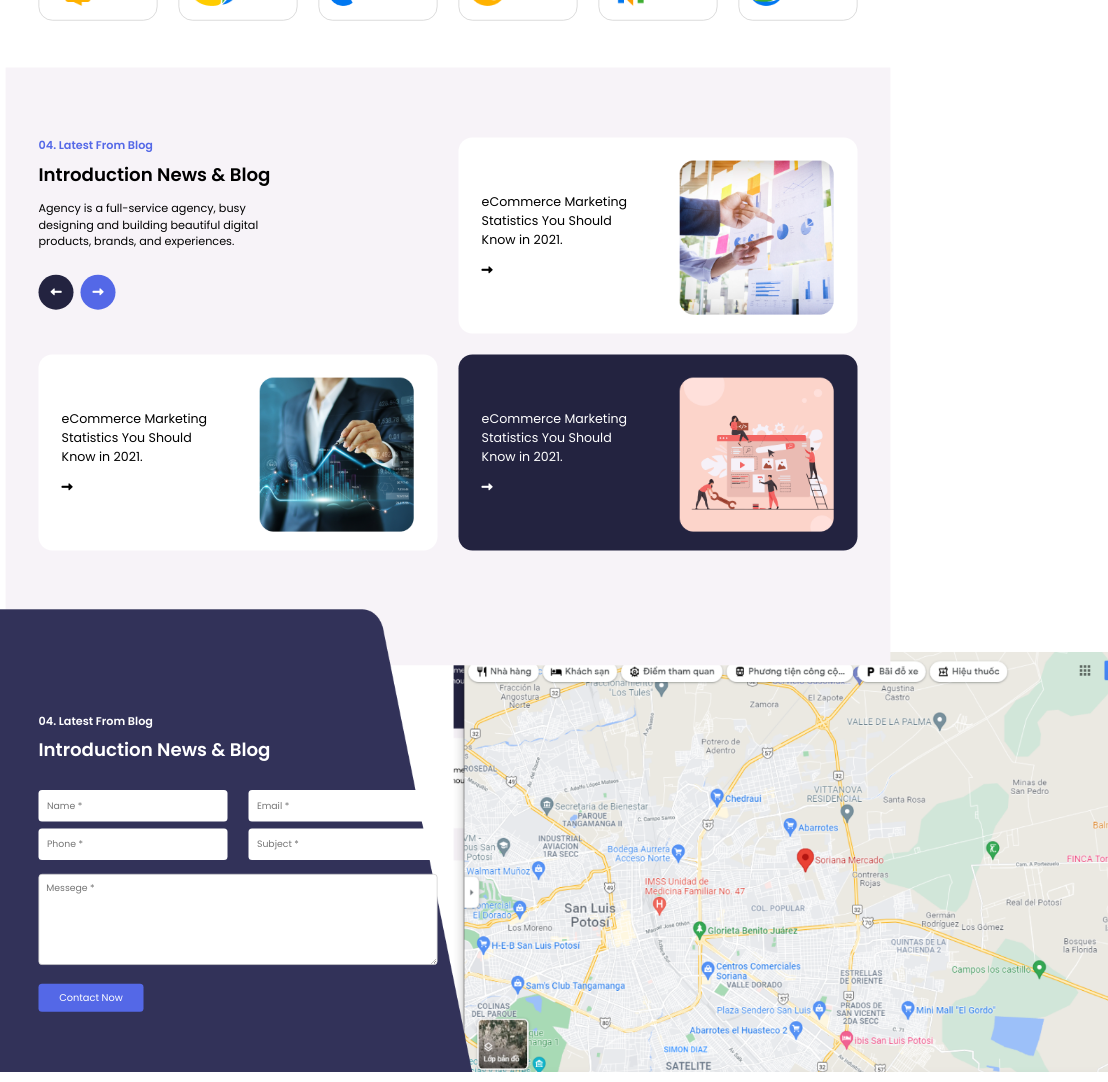
Repository: tranchi0120/LangdingPage-Htmlcss-Ago
Page: index.html
An editor plug-in stored every save of this project. The page is shown before and after the next save, followed by the edit.
The browser window is 1280 px wide. The page is 1583 px wide, so the pictures cover 1583 px, including what lies to the right of the window. The pictures show the part of the page from y = 3399 to 4959 px (the page is 4945 px tall before and 4959 px after), at 70% of full size.
Some web libraries are served in a nearby version. The style sheet was rebuilt from its Sass, Less or Tailwind sources for each picture, by a compiler version that may differ from the author's.

Above is the page before, as saved 2022-07-15 10:29:18.

### index.html
<!DOCTYPE html>
<html lang="en">

<head>
    <meta charset="UTF-8" />
    <meta http-equiv="X-UA-Compatible" content="IE=edge" />
    <meta name="viewport" content="width=device-width, initial-scale=1.0" />
    <title>Ago</title>
    <!-- css -->
    <link rel="stylesheet" href="./css/app.css" />
    <!-- google font  -->
    <link rel="preconnect" href="https://fonts.googleapis.com" />
    <link rel="preconnect" href="https://fonts.gstatic.com" crossorigin />
    <link href="https://fonts.googleapis.com/css2?family=Poppins:wght@400;600&display=swap" rel="stylesheet" />
    <!-- google icon awaresome -->
    <link rel="stylesheet" href="https://cdnjs.cloudflare.com/ajax/libs/font-awesome/6.1.1/css/all.min.css">
    <!-- sass ./sass/app.scss ./css/app.css --watch -->
</head>

<body>
    <header class="header">
        <div class="header-top container">
            <span class="header-top-title">
                Welcome to Ago! Building Creative Business Agency
            </span>
            <div class="header-top-right">
                <div class="header-login">
                    <i class="fa-solid fa-user"></i>
                    <a href="#!" style="color:#666666">Login</a>
                </div>
                <div class="header-nation">
                    <i class="fa-solid fa-globe"></i>
                    <span class="header-language">English</span>
                    <i class="fa-solid fa-angle-down"></i>
                </div>
            </div>
        </div>
        <div class="header-line">
        </div>
        <div class="header-under container">
            <div class="header-under-logo">
                <div class="header-under-image">
                    <img class="header-under-img" src="./images/logo.png" alt="#">
                </div>
                <span class="header-under-name">Ago</span>
            </div>
            <div class="header-menu">
                <ul class="menu">
                    <li class="menu-item">
                        <a href="#" class="menu-link">Home</a>
                    </li>
                    <li class="menu-item">
                        <a href="#" class="menu-link">Features</a>
                        <i class="fa-solid fa-angle-down"></i>
                    </li>
                    <li class="menu-item">
                        <a href="#" class="menu-link">Services</a>
                    </li>
                    <li class="menu-item">
                        <a href="#" class="menu-link">Pages</a>
                    </li>
                    <li class="menu-item">
                        <a href="#" class="menu-link">Blog</a>
                    </li>
                    <li class="menu-item">
                        <a href="#" class="menu-link">Support</a>
                    </li>
                </ul>
                <div class="menu-button">
                    <i class="fa-solid fa-magnifying-glass menu-icon"></i>
                    <div class="button">Contact Us</div>
                </div>
            </div>
        </div>
    </header>
    <main>
        <section class="hero">
            <div class="container">
                <div class="hero-main">
                    <div class="hero-left">
                        <div class="hero-title">
                            Trusted Professional Service.
                        </div>
                        <span class="hero-content">
                            Ago is a full-service agency, busy designing and building beautiful digital products,
                            brands, and
                            experiences.
                        </span>
                        <div class="hero-button">
                            <div class="button">Recent Work</div>
                        </div>
                        <div class="hero-down">
                            <div class="hero-icondown">
                                <i style="color:#ffffff ;" class="fa-solid fa-arrow-down"></i>
                            </div>
                            <p class="hero-scroll">
                                Scroll Down
                            </p>
                        </div>
                    </div>
                    <div class="hero-right">
                        <img src="./images/hero.png" alt="#">
                    </div>
                </div>
            </div>
        </section>
        <section class="about">
            <div class="container">
                <div class="about-main">
                    <div class="about-images">
                        <img src="./images/about1.png" alt="#" class="about-img1">
                        <img src="./images/about2.png" alt="#" class="about-img2">
                        <img src="./images/about3.png" alt="#" class="about-img3">
                    </div>
                    <div class="about-us">
                        <h5 class="about-number">
                            01. About Us
                        </h5>
                        <div class="about-title">
                            We Make Designs that Lead and Inpire.
                        </div>
                        <div class="about-name">
                            A design team building a created
                            marketplace for UI designers.
                        </div>
                        <div class="about-content">
                            2,360 curated design resources to energize your creative workflow. We're a growing family of
                            682,268 designers and makers from around the world
                        </div>
                        <div class="menu-button">
                            <div class="button">Contact Us</div>
                        </div>
                    </div>
                </div>
            </div>
        </section>
        <section class="interactive">
            <div class="container">
                <div class="interactive-main">
                    <h5 class="interactive-number">
                        02. What We Do
                    </h5>
                    <div class="interactive-title">
                        <span class="interactive-name">
                            We Make Designs that Lead and Inpire.
                        </span>
                        <i class="fa-solid fa-left-long interactive-iconleft"></i>
                        <i class="fa-solid fa-right-long"></i>
                    </div>
                    <div class="interactive-group">
                        <div class="interactive-box">
                            <div class="row-circle">
                                <img class="row-img" src="./images/row1.png" alt="#">
                                <h2 class="row-number">
                                    26k
                                </h2>
                                <span class="row-title">
                                    Happy Clients
                                </span>
                            </div>
                            <div class="row-circle2">
                                <img class="row-img" src="./images/row2.png" alt="#">
                                <h2 class="row-number2">
                                    76k
                                </h2>
                                <span class="row-title2">
                                    Project Done
                                </span>
                                <span class="row-content2">
                                    Lorem ipsum dolor sit amet, consectetur adipiscing elit. Mauris sapien egestas augue
                                    enim amet scelerisque.
                                </span>
                            </div>
                            <div class="row-circle">
                                <img class="row-img" src="./images/row3.png" alt="#">
                                <h2 class="row-number">
                                    20k
                                </h2>
                                <span class="row-title">
                                    AWARDS WON
                                </span>
                            </div>
                            <div class="row-circle">
                                <img class="row-img" src="./images/row4.png" alt="#">
                                <h2 class="row-number">
                                    20k
                                </h2>
                                <span class="row-title">
                                    DAILY DATA INPUT
                                </span>
                            </div>
                        </div>
                    </div>
                </div>
            </div>
        </section>
        <section class="service">
            <div class="container">
                <h5 class="service-number">
                    03. Our Services
                </h5>
                <div class="service-title">
                    <span class="service-name">
                        Welcome to Our Professional Service
                    </span>
                </div>
                <div class="service-main">
                    <div class="service-left">
                        <h2 class="service-left-title">
                            Professional Website
                            Design Consulting
                        </h2>
                        <p class="service-left-content">
                            Agency is a full-service agency, busy designing and building beautiful digital products,
                            brands, and experiences.
                        </p>
                        <div class="menu-button">
                            <div class="button">View Detail</div>
                        </div>
                        <div class="service-left-images">
                            <img src="./images/service1.png" alt="#" class="service-left-img">
                            <img src="./images/service2.png" alt="#" class="service-left-img">
                            <img src="./images/service3.png" alt="#" class="service-left-img">
                        </div>
                    </div>
                    <div class="service-right">
                        <img src="./images/service4.png" alt="#" class="service-right-img">
                    </div>
                </div>
                <div class="service-bottom">
                    <div class="service-box">
                        <div class="service-box-imgs">
                            <img src="./images/logo1.png" alt="#" class="service-box-img">
                        </div>
                        <div class="service-box-text">
                            <h2 class="service-box-title">CREATIVE</h2>
                            <p class="service-box-slogan">YOUR SLOGAN HERE</p>
                        </div>
                    </div>
                    <div class="service-box">
                        <div class="service-box-imgs">
                            <img src="./images/logo2.png" alt="#" class="service-box-img">
                        </div>
                        <div class="service-box-text">
                            <h2 class="service-box-title">CREATIVE</h2>
                            <p class="service-box-slogan">YOUR SLOGAN HERE</p>
                        </div>
                    </div>
                    <div class="service-box">
                        <div class="service-box-imgs">
                            <img src="./images/logo3.png" alt="#" class="service-box-img">
                        </div>
                        <div class="service-box-text">
                            <h2 class="service-box-title">COMPANY</h2>
                            <p class="service-box-slogan">YOUR SLOGAN HERE</p>
                        </div>
                    </div>
                    <div class="service-box">
                        <div class="service-box-imgs">
                            <img src="./images/logo4.png" alt="#" class="service-box-img">
                        </div>
                        <div class="service-box-text">
                            <h2 class="service-box-title">CREATIVE</h2>
                            <p class="service-box-slogan">YOUR SLOGAN HERE</p>
                        </div>
                    </div>
                    <div class="service-box">
                        <div class="service-box-imgs">
                            <img src="./images/logo5.png" alt="#" class="service-box-img">
                        </div>
                        <div class="service-box-text">
                            <h2 class="service-box-title">COMPANY</h2>
                            <p class="service-box-slogan">YOUR SLOGAN HERE</p>
                        </div>
                    </div>
                    <div class="service-box">
                        <div class="service-box-imgs">
                            <img src="./images/logo6.png" alt="#" class="service-box-img">
                        </div>
                        <div class="service-box-text">
                            <h2 class="service-box-title">CREATIVE</h2>
                            <p class="service-box-slogan">YOUR SLOGAN HERE</p>
                        </div>
                    </div>
                </div>
            </div>
        </section>
        <section class="latest">
            <div class="container">
                <div class="latest-main">
                    <div class="latest-group">
                        <h5 class="latest-number">
                            04. Latest From Blog
                        </h5>
                        <span class="latest-title">
                            Introduction News & Blog
                        </span>
                        <p class="latest-content">
                            Agency is a full-service agency, busy designing and building beautiful digital products,
                            brands, and experiences.
                        </p>
                        <div class="latest-icon">
                            <div class="latest-icon-left">
                                <i class="fa-solid fa-left-long"></i>
                            </div>
                            <div class="latest-icon-right">
                                <i class="fa-solid fa-right-long"></i>
                            </div>
                        </div>
                    </div>
                    <div class="latest-groups">
                        <div class="latest-box">
                            <p class="latest-text">
                                eCommerce Marketing
                                Statistics You Should
                                Know in 2021.
                            </p>
                            <i class="fa-solid fa-right-long"></i>
                        </div>
                        <div class="latest-image">
                            <img src="./images/latest1.png" alt="#" class="latest-img">
                        </div>
                    </div>
                    <div class="latest-groups">
                        <div class="latest-box">
                            <p class="latest-text">
                                eCommerce Marketing
                                Statistics You Should
                                Know in 2021.
                            </p>
                            <i class="fa-solid fa-right-long"></i>
                        </div>
                        <div class="latest-image">
                            <img src="./images/latest2.png" alt="#" class="latest-img">
                        </div>
                    </div>
                    <div class="latest-groups3">
                        <div class="latest-box3">
                            <p class="latest-text3">
                                eCommerce Marketing
                                Statistics You Should
                                Know in 2021.
                            </p>
                            <i class="fa-solid fa-right-long"></i>
                        </div>
                        <div class="latest-image">
                            <img src="./images/latest3.png" alt="#" class="latest-img">
                        </div>
                    </div>
                </div>
            </div>
        </section>
        <section class="contact">

            <div class="container">
                <img class="contact-background" src="./images/background.png" alt="#">
                <div class="contact-main">
                    <div class="contact-left">
                        <h5 class="contact-left-number">
                            04. Latest From Blog
                        </h5>
                        <span class="contact-left-title">
                            Introduction News & Blog
                        </span>
                        <div class="contact-left-import">
                            <input class="contact-left-input" type="text" placeholder="Name *">
                            <input class="contact-left-input" type="text" placeholder="Email *">
                            <input class="contact-left-input" type="text" placeholder="Phone *">
                            <input class="contact-left-input" type="text" placeholder="Subject *">
                        </div>
                        <textarea class="contact-left-textarea" name="text" id="#" cols="30" rows="10"
                            placeholder="Messege *"></textarea>
                        <div class="menu-button">
                            <div class="button">Contact Now</div>
                        </div>
                    </div>
                    <div class="contact-right">
                        <img class="contact-right-img" src="./images/map.png" alt="#">
                    </div>
                </div>
            </div>
        </section>
    </main>
    <footer>
    </footer>
</body>

</html>

### sass/app.scss
@import "global";
@import "header";
@import "menu";
@import "variable";
@import "hero";
@import "about";
@import "interactive";
@import "row";
@import "service";
@import "latest";
@import "contact";

### sass/_global.scss
.container {
    max-width: 1170px;
    margin: 0 auto;
}
.body {
    background: #ffffff;
}
* {
    box-sizing: border-box;
    font-family: "Poppins", sans-serif;
}
a {
    text-decoration: none;
}
ul {
    list-style-type: none !important;
}
.button {
    border: none;
    padding: auto;
    width: 150px;
    background: #5468e7;
    height: 40px;
    text-align: center;
    justify-content: center;
    padding: 7px;
    border-radius: 5px;
    color: white;
    font-size: 14px;
    line-height: 21px;
    padding: 10px;
}

### sass/_menu.scss
.menu {
    height: 24px;
    width: 550px;
    display: flex;
    justify-content: space-between;
    align-items: center;
    // gap: 40px;
    &-button {
        display: flex;
        gap: 29px;
    }
    &-icon {
        width: 18px;
        display: inline-block;
        padding-top: 15px;
        color: #666666;
    }

    &-link {
        color: #000000;
        font-weight: 400;
        font-size: 16px;
        line-height: 24px;
    }
}

### sass/_variable.scss
$font: "Poppins", sans-serif;
$color1: #232340;
$color2: #323259;
$color-btn: #5468e7;
$black: #222222;
$white: #ffffff;

### sass/_hero.scss
.hero {
    height: 800px;
    margin-top: 55px;
    &-main {
        display: flex;

        align-items: center;
    }
    &-title {
        width: 260px;
        line-height: 60px;
        font-weight: 600;
        font-size: 40px;
        margin-bottom: 23px;
    }
    &-content {
        height: 46px;
        width: 317px;
        font-weight: 400;
        font-size: 16px;
        display: inline-block;
        margin-bottom: 60px;
        margin-right: 147px;
    }
    &-down {
        margin-top: 114px;
        display: flex;
        gap: 9px;
    }
    &-icondown {
        border-radius: 50%;
        width: 45px;
        height: 45px;
        text-align: center;
        padding: 13px;
        background: #c897e4;
    }
}

### sass/_interactive.scss
.interactive {
    background: #f7f3f8;
    height: 752px;
    &-number {
        margin-bottom: 10px;
        margin-top: 100px;
        display: inline-block;
        color: #5468e7;
        font-size: 16px;
        line-height: 24px;
        font-weight: 600;
    }
    &-name {
        display: inline-block;
        line-height: 39px;
        font-size: 26px;
        font-weight: 600;
        margin-bottom: 75px;
    }
    &-iconleft {
        margin-right: 19px;
        margin-left: 594px;
    }
    &-box {
        max-height: 360px;
        background: white;
        display: grid;
        grid-template-columns: repeat(4, 1fr) !important;
        border-radius: 30px;
    }
}

### sass/_contact.scss
.contact {
    &-main {
        display: flex;
        gap: 23px;
    }
    &-background {
        margin-left: -480px;
        margin-top: -80px;
    }
    &-left {
        margin-top: -520px;
        &-number {
            margin-bottom: 10px;
            margin-top: 0;
            font-weight: 600;
            line-height: 24px;
            color: white;
            font-size: 16px;
        }
        &-title {
            display: block;
            font-size: 26px;
            line-height: 39px;
            font-weight: 600;
            margin-bottom: 25px;
            color: white;
            margin-bottom: 37px;
        }
        &-input {
            padding: 12px;
            border-radius: 5px;
            height: 45px;
            width: 270px;
            border: none;
        }
        &-import {
            width: 570px;
            display: grid;
            grid-template-columns: repeat(2, 1fr);
            gap: 10px 30px;
        }
        &-textarea {
            padding: 10px;
            border-radius: 5px;
            border: 1px solid #cccccc;
            height: 130px;
            width: 570px;
            margin-top: 20px;
            margin-bottom: 20px;
        }
    }

    &-right {
        z-index: -1;
        margin-top: -607px;
    }
}

Loaded but not shown: sass/_service.scss (94 lines, source omitted); sass/_latest.scss (87 lines, source omitted); sass/_about.scss (57 lines, source omitted); sass/_row.scss (51 lines, source omitted); sass/_header.scss (47 lines, source omitted)

After the next save:
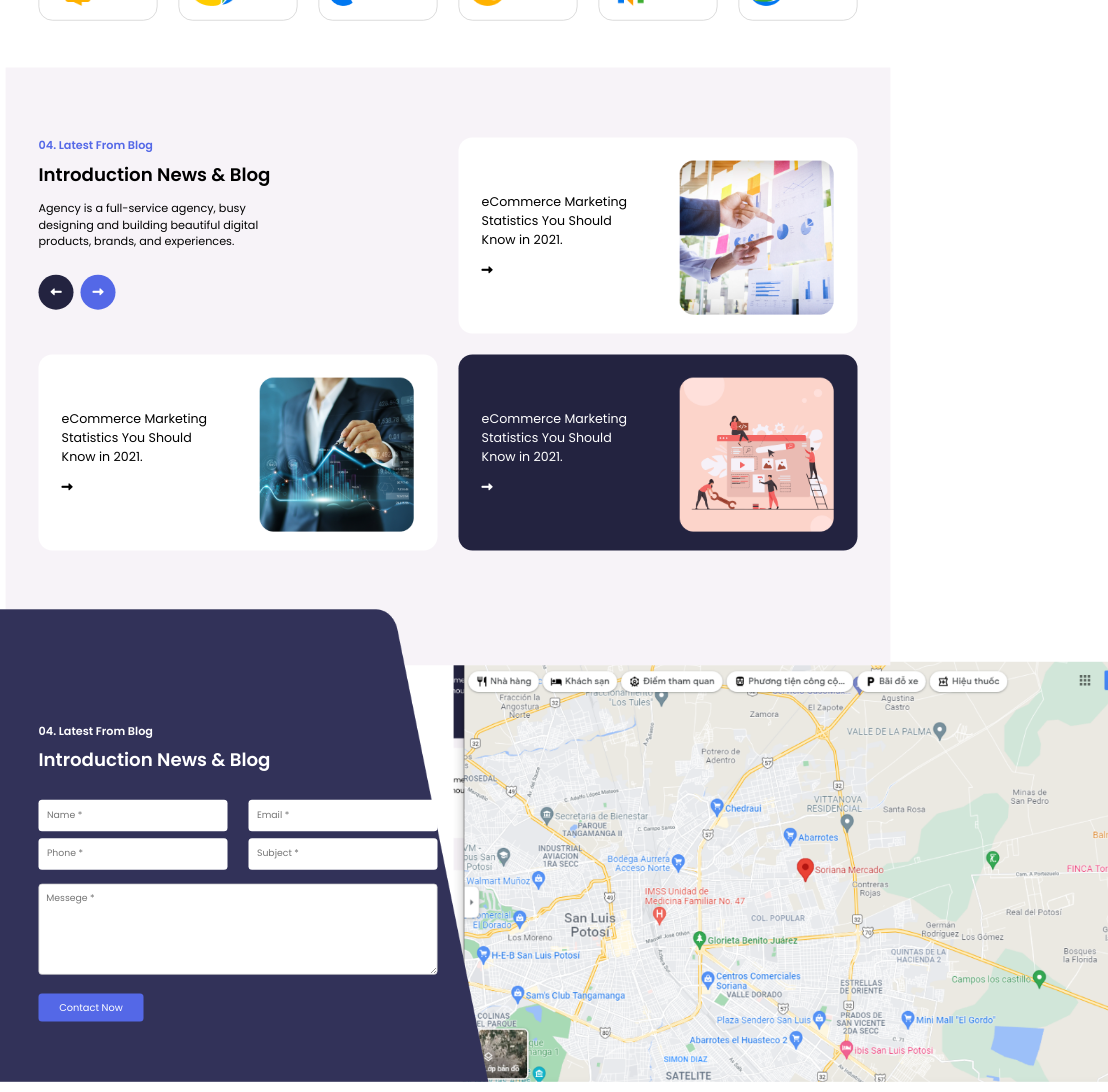
Saved 14 s later.
--- a/sass/_contact.scss
+++ b/sass/_contact.scss
@@ -4,6 +4,7 @@
         gap: 23px;
     }
     &-background {
+        width: 1123px;
         margin-left: -480px;
         margin-top: -80px;
     }
